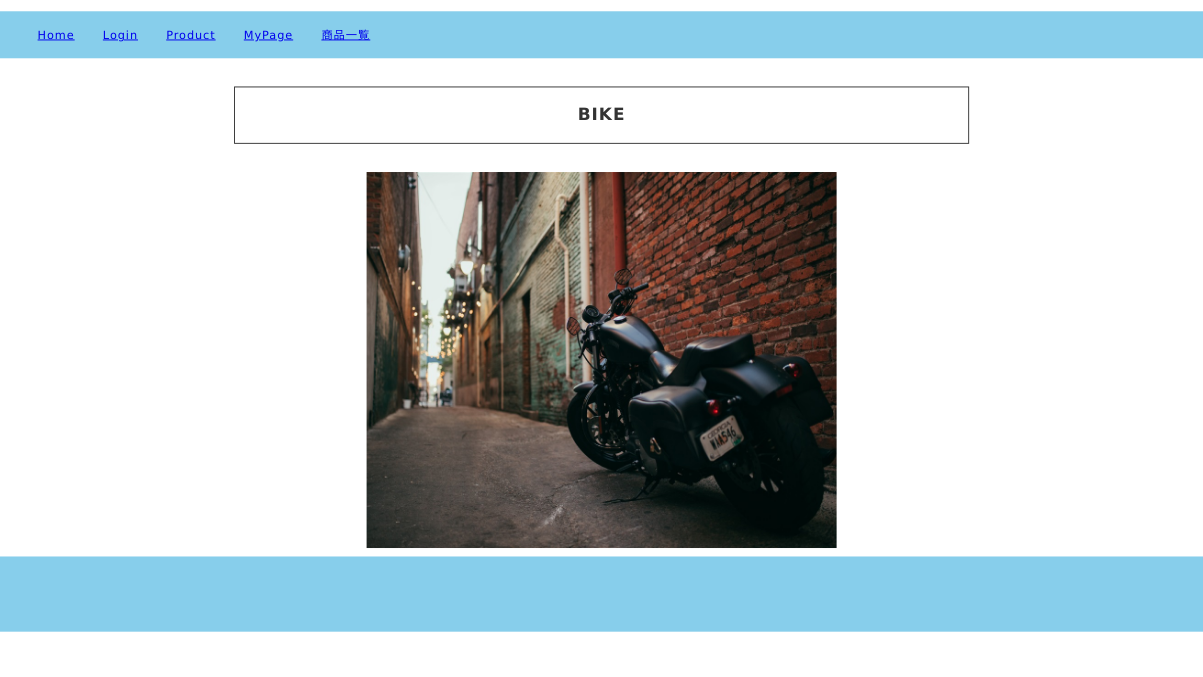
Repository: RYOYAEGAWA/test
Page: http://localhost/ecsite_a/
The author's editor kept a copy of each file at every save. The page is drawn from the files as they stood at one save, then again after the next save.
The browser window is 1280 px wide. The pictures show the whole page, at 94% of full size.
The page is served by Tomcat 9. Other server files are loaded and not shown.

Above is the page before, as saved 2018-05-19 14:48:04.

### java/Eclipse_Data/ecsite_a/WebContent/home.jsp
<%@ page language="java" contentType="text/html; charset=UTF-8" pageEncoding="UTF-8"%>
<%@ taglib prefix="s" uri="/struts-tags" %>

<!DOCTYPE html>
<html>
<head>
		<meta http-equiv="Content-Type" content="text/html; charset=utf-8"/>
		<meta http-equiv="Content-Style-Type" content="text/css" />
		<meta http-equiv="Content-Script-Type" content="text/javascript" />
		<meta http-equiv="imagetoolbar" content="no" />
		<meta name="description" content="" />
		<meta name="keywords" content="" />
		<title>Home画面</title>

		<style type="text/css">
			body {
			margin:0;
			padding:0;
			line-height:1.6;
			letter-spacing:1px;
			font-family:Verdana, Helvetica, sans-serif;
			font-size:12px;
			color:#333;
			background:#fff;
			}

			table {
			text-align:center;
			margin:0 auto;
			}

			#top {
			width:780px;
			margin:30px auto;
			border:1px solid #333;
			}

			/* #header {
			width:100%;
			height:80px;
			background-color:black;
			} */

			#main {
			width:100%;
			height:500px;
			text-align:center;
			}

			#footer {
			width:100%;
			height:80px;
			background-color:skyblue;
			clear:both;
			}
			#text-center {
			display: inline-block;
			text-align: center;
			}

			/* .HomeImage{
			 display:block;
			 margin:0 auto;
			 height:10px;
			 width:10px;
			 float:left; */
			/* margin-top:0px; */
			/* margin-bottom:0px; */
			/* z-index:5; */
			/* align:middle; */

			}

		</style>

</head>
<body>
<s:include value="Header.jsp"></s:include>
		<!-- <div id="header">
			<div id ="pr">
			</div>
		</div> -->
		<div id="main">

			<div id="top">
				<h2>BIKE</h2>
			</div>
			<%-- <div id="text-center">
				<s:form action="HomeAction">
						<s:submit value="商品購入"/>
				</s:form>
				<s:if test="#session.id != null">
						<p>ログアウトする場合は
								<a href= '<s:url action="LogoutAction" />'>こちら</a></p>
				</s:if>
				</div> --%>

                         <!-- 画像挿入 -->
			<div class="HomeImage">
			<div><img src="./image/Top_Bike.jpg"  height=400px width=500px></div>
			</div>



			</div>


			<div id="footer">
					<div id="pr">
					</div>
			</div>

</body>
</html>

### java/Eclipse_Data/ecsite_a/WebContent/Header.jsp
<%@ page language="java" contentType="text/html; charset=UTF-8" pageEncoding="UTF-8"%>
<%@ taglib prefix="s" uri="/struts-tags" %>

<!DOCTYPE html>
<html>
<head>
		<meta http-equiv="Content-Type" content="text/html; charset=utf-8"/>
		<meta http-equiv="Content-Style-Type" content="text/css" />
		<meta http-equiv="Content-Script-Type" content="text/javascript" />
		<meta http-equiv="imagetoolbar" content="no" />
		<meta name="description" content="" />
		<meta name="keywords" content="" />
		<title>header表示</title>

		<style type="text/css">
		.contents {
		height:50px;
		width:100%;
		background-color:skyblue;
		line-height:30px;
		}

		li{
		float:left;
		list-style:none;
		color:black;
		padding-right:30px;
		padding-top:10px;


		}

		</style>
</head>
<body>

<!-- ヘッダーのメニュー内容 -->
<header>
	<div class="contents">
		<ul>
			<li><a href='<s:url action="GoHomeAction"/>'>Home</a></li>
			<li><a href='<s:url action="HomeAction"/>'>Login</a></li>
			<li><a href='<s:url action=""/>'>Product</a></li>
			<li><a href='<s:url action="MyPageAction"/>'>MyPage</a></li>
			<li><a href='<s:url action=""/>'>商品一覧</a></li>
		</ul>
	</div>
</header>





</body>
</html>

After the next save:
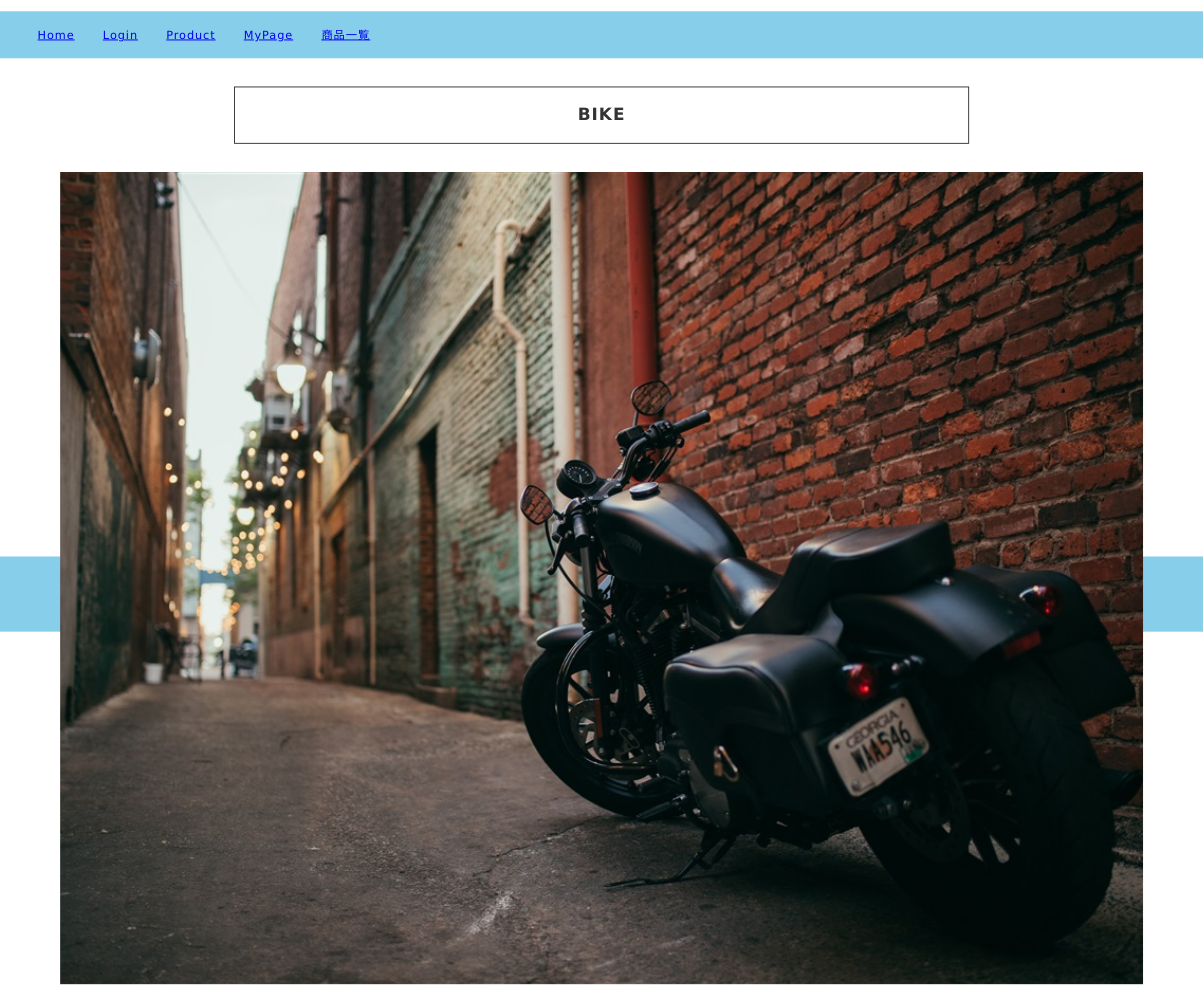
Saved 46 s later.
--- a/java/Eclipse_Data/ecsite_a/WebContent/home.jsp
+++ b/java/Eclipse_Data/ecsite_a/WebContent/home.jsp
@@ -97,7 +97,7 @@
 
                          <!-- 画像挿入 -->
 			<div class="HomeImage">
-			<div><img src="./image/Top_Bike.jpg"  height=400px width=500px></div>
+			<div><img src="./image/Top_Bike.jpg"  height=90% width=90%></div>
 			</div>
 
 
